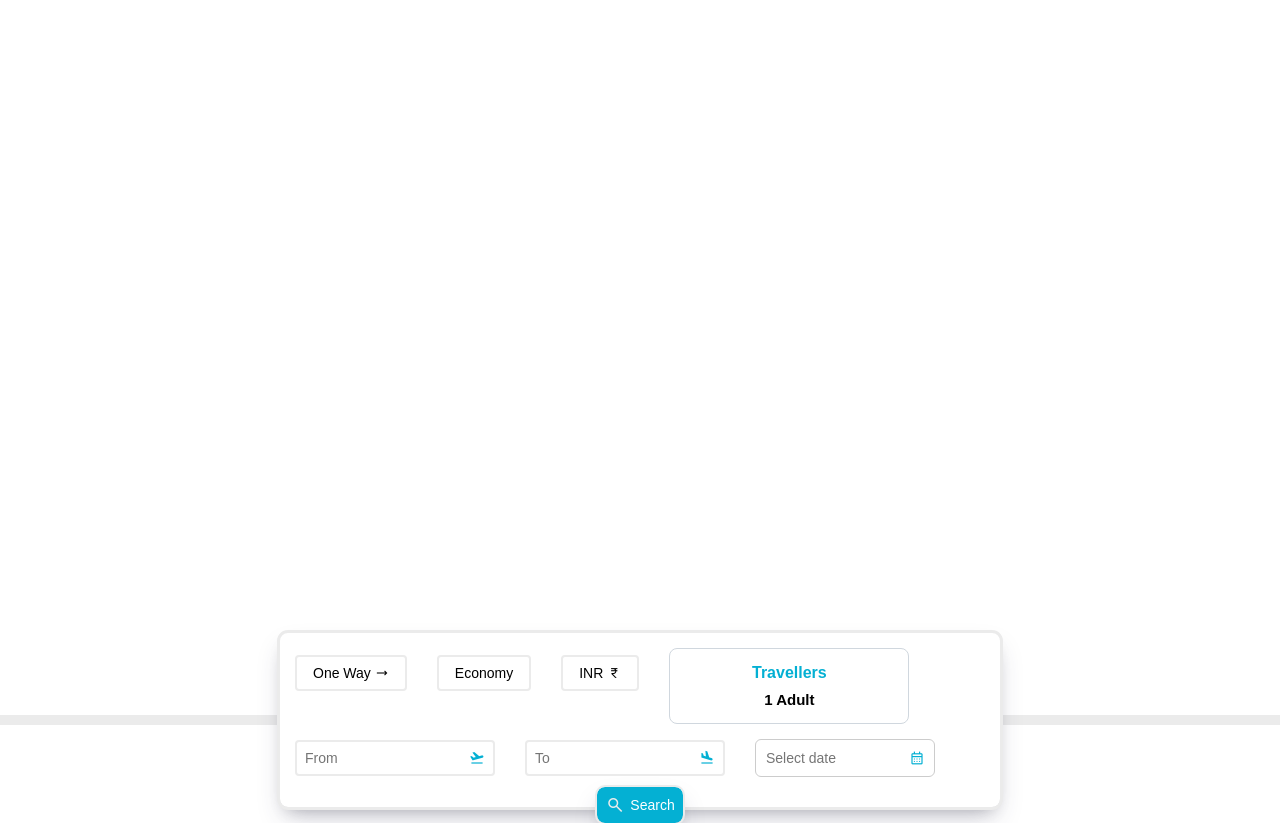
Repository: SimpleDev505/fsp-app
Page: /
The author's editor kept a copy of each file at every save. The page is drawn from the files as they stood at one save, then again after the next save.
The browser window is 1280 px wide. The pictures show the whole page.
The project was rebuilt for these pictures with package versions that can differ from the ones it lists, and the page was loaded fresh each time. Also part of the build but not shown: svelte.config.js, vite.config.ts, src/lib/Card.svelte, src/lib/Footer.svelte, src/lib/ContactUs.svelte, src/lib/HomeDescrp.svelte, src/lib/Home.svelte.

Above is the page before, as saved 2025-06-18 18:39:17.

After the next save:
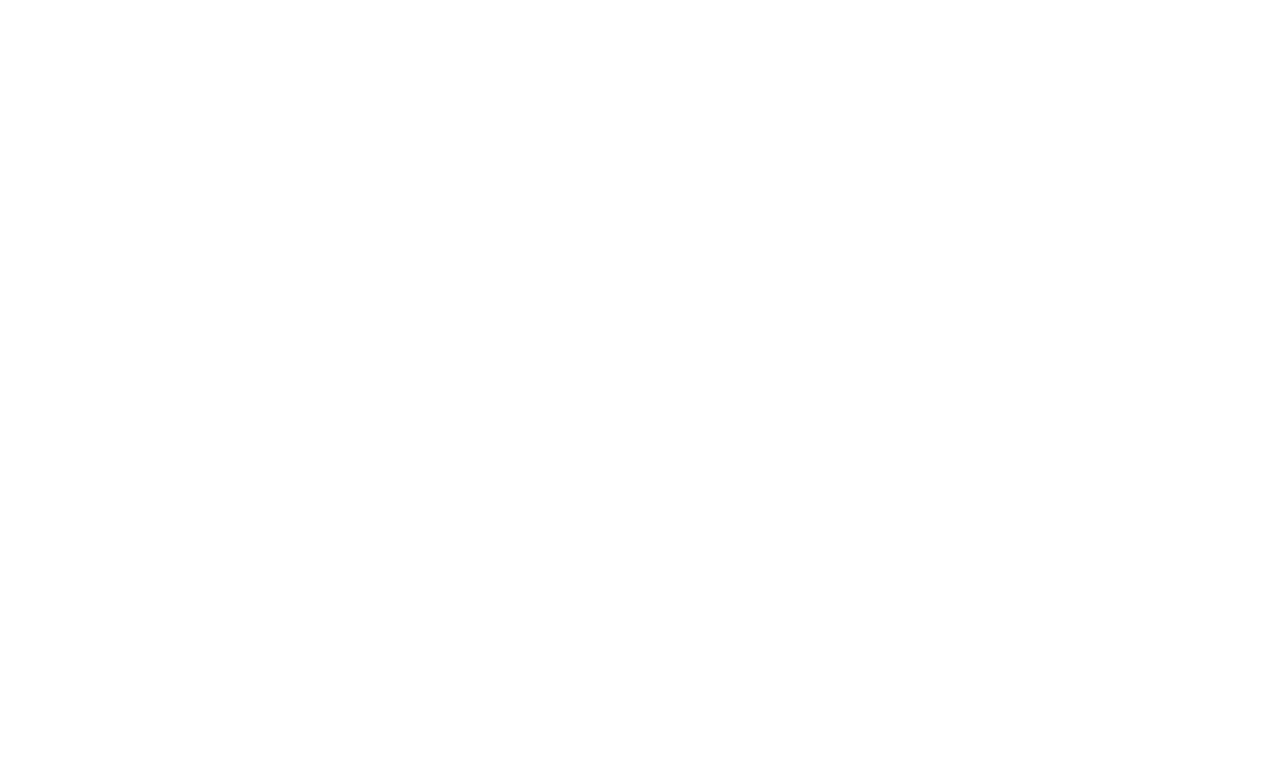
Saved 27 s later.
--- a/src/lib/SearchResult.svelte
+++ b/src/lib/SearchResult.svelte
@@ -5,7 +5,6 @@
 
 <div class="searchresults-cnt">
   <Nav></Nav>
-  <Search></Search>
 </div>
 
 <style>

After the save that followed:
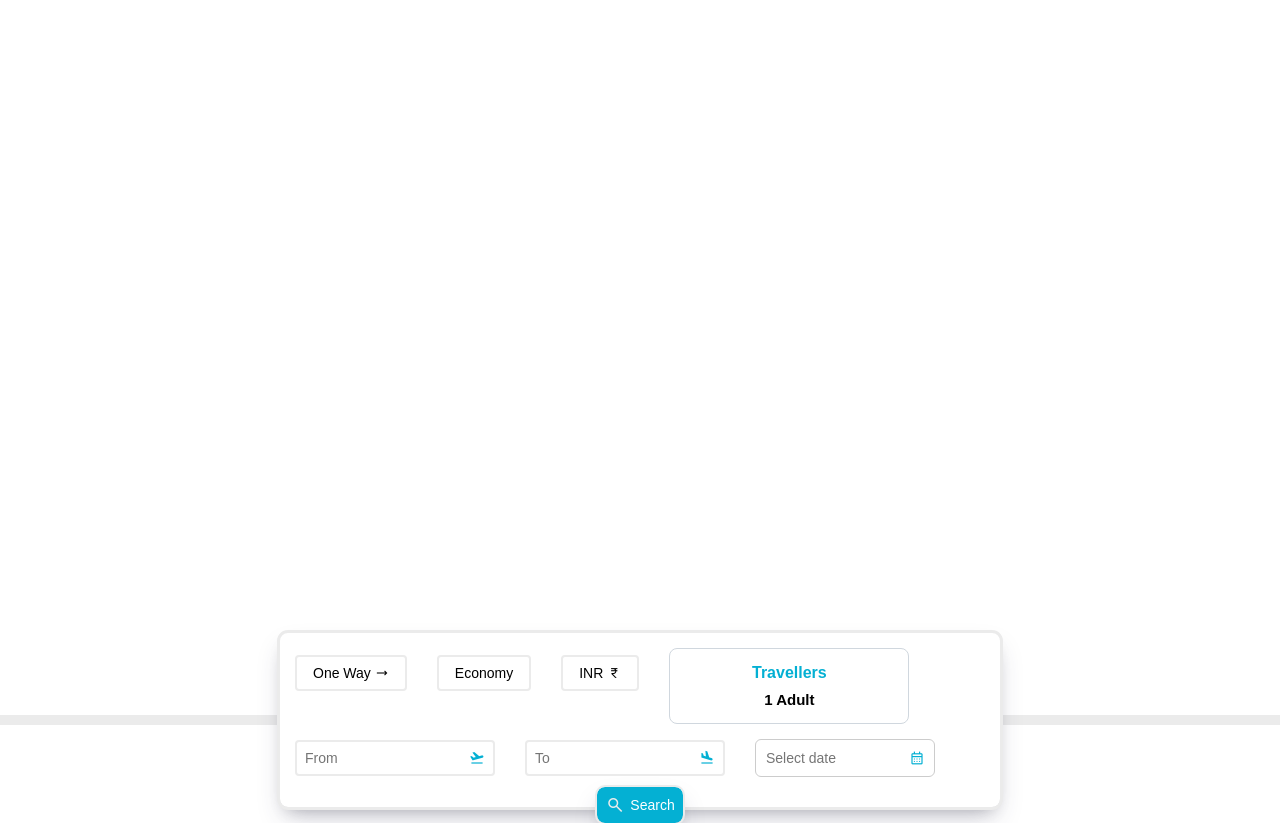
Saved 17 s later.
--- a/src/lib/SearchResult.svelte
+++ b/src/lib/SearchResult.svelte
@@ -4,7 +4,7 @@
 </script>
 
 <div class="searchresults-cnt">
-  <Nav></Nav>
+  <Search></Search>
 </div>
 
 <style>
